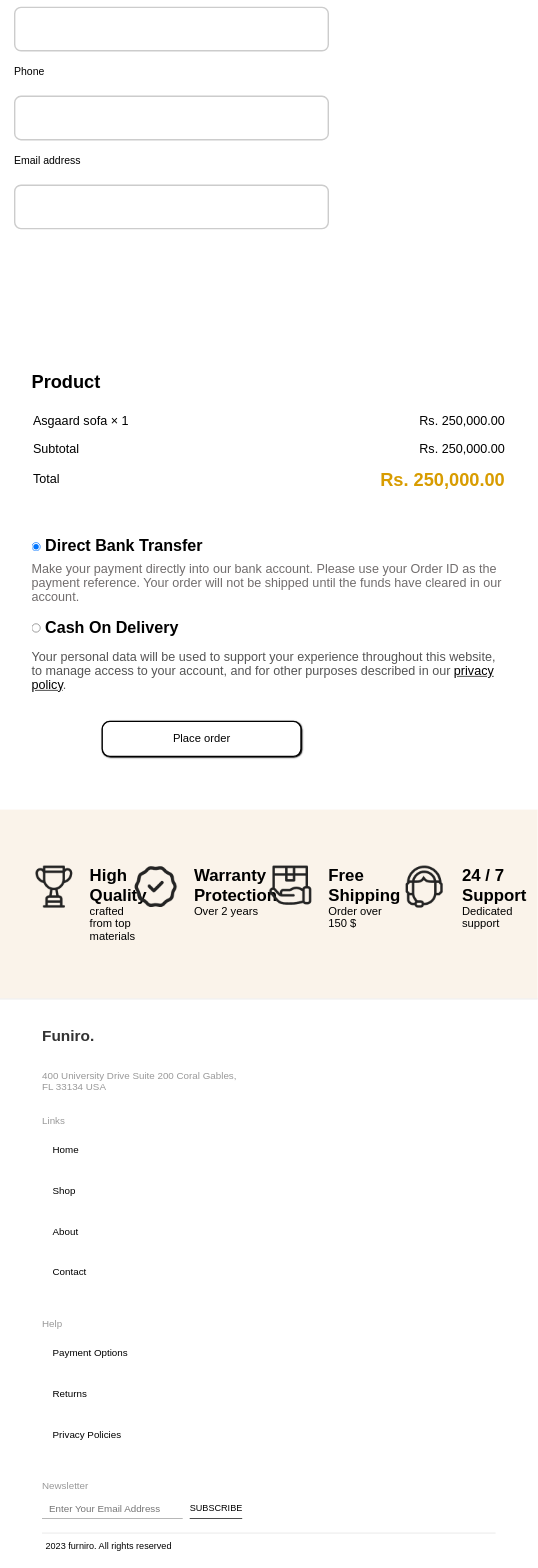
Repository: Ali1Kh/Furniro-ITI
Page: pages/checkout.html
The author's editor kept a copy of each file at every save. The page is drawn from the files as they stood at one save, then again after the next save.
The browser window is 768 px wide. The pictures show the part of the page from y = 1012 to 3252 px (the page is 3252 px tall before and 3040 px after), at 70% of full size.

Above is the page before, as saved 2025-07-19 20:43:46.

### pages/checkout.html
<!DOCTYPE html>
<html lang="en">

<head>
  <meta charset="UTF-8">
  <meta name="viewport" content="width=device-width, initial-scale=1.0">
  <title>CheckOut</title>
  <link rel="shortcut icon" href="../assets/icons/Logo.png" type="image/x-icon">
  <link rel="stylesheet" href="../styles/index.css">
  <link rel="stylesheet" href="../styles/checkout.css">
</head>

<body>

  <nav>
    <!-- Navigation -->
    <div class="navBar">
      <div class="text">
        <p>Furniro</p>
      </div>

      <div class="menu-icon" onclick="toggleSidebar()">☰</div>

      <div class="navBarLinks">
        <ul>
          <li><a href="/pages/home.html">Home</a></li>
          <li><a href="/pages/shop.html">Shop</a></li>
          <li><a href="/">About</a></li>
          <li><a href="/pages/contact.html">Contact</a></li>
        </ul>
      </div>

     <div class="navBarIcons">
        <a href="/pages/Compare.html"><i class="fa-solid fa-user"></i></a>
        <a href="/pages/shop.html"><i class="fa-solid fa-magnifying-glass"></i></a>
        <a href="/"><i class="fa-solid fa-heart"></i></a>
        <a href="/pages/checkout.html"><i class="fa-solid fa-cart-plus"></i></a>
      </div>
    </div>


    <!-- Sidebar for mobile -->
    <div class="sidebar" id="sidebar">
      <a href="" onclick="toggleSidebar()">✖</a>
      <a href="">Home</a>
      <a href="/pages/shop.html">Shop</a>
      <a href="/">About</a>
      <a href="/pages/contact.html">Contact</a>
    </div>
  </nav>

  <main class="checkout">
    <div id="home">
      <div class="img-conteaner">
        <img src="../assets/img/Rectangle 1.png" alt="">

        <div class="text-conteaner">
          <img src="../assets/icons/Logo.png" alt="" style="width: 100px;height: 77px;margin-top: -80px; left: 1px; ">
          <h2 style="font-size: 48px; font-family: Poppins; top: 20px;">Checkout</h2>
          <h3 style="top: 30px;left: -11px; "><span style="width: 48;height: 24;top: 295px;left: 660px; ">Home ></span>
            Checkout</h3>
        </div>
      </div>
    </div>

    <div id="content">
      <div class="form">
        <h1 style="font-family: Poppins;font-weight: 600;font-style: SemiBold;font-size: 36px;">Billing details</h1>
        <br><br>
        <form>
          <div class="input" style="width: 200px;">
            <label>First name</label><br>
            <input type="text" name="firatname" id="firatname">
          </div>

          <div class="input" style="width: 200px; position: relative;bottom: 127px;left: 266px;">
            <label>Last name</label><br>
            <input type="text" name="lastname" id="lastname">
          </div>

          <div class="input" style="position: relative; bottom: 90px; width: 450px;">
            <label>Company Name (Optional)</label><br>
            <input type="text" name="Companyname(Optional)" id="Companyname(Optional)">
          </div>

          <div class="input" style="position: relative; bottom: 90px; width: 450px;">
            <label>Country / Region</label><br>
            <select>
              <option></option>
              <option>UK</option>
              <option>Argantina</option>
              <option>Brasil</option>
              <option>Egypt</option>
              <option>USA</option>
            </select>
          </div>

          <div class="input" style="position: relative; bottom: 90px; width: 450px;">
            <label>Street address</label><br>
            <input type="text" name="Streetaddress" id="Streetaddress">
          </div>

          <div class="input" style="position: relative; bottom: 90px; width: 450px;">
            <label>Phone</label><br>
            <input type="number" name="Phone" id="Phone">
          </div>

          <div class="input" style="position: relative; bottom: 90px; width: 450px;">
            <label>Email address</label><br>
            <input type="email" name="Emailaddress" id="Emailaddress">
          </div><br><br>

        </form>
      </div>
      <div class="table">
        <div class="order-summary">
          <h2>Product</h2>
          <table>
            <tr>
              <td>Asgaard sofa × 1</td>
              <td style="text-align: right;">Rs. 250,000.00</td>
            </tr>
            <tr>
              <td>Subtotal</td>
              <td style="text-align: right;">Rs. 250,000.00</td>
            </tr>
            <tr>
              <td>Total</td>
              <td style="text-align: right;" class="total">Rs. 250,000.00</td>
            </tr>
          </table><br><br>

          <div class="payment-methods">
            <label><input type="radio" name="payment" checked> Direct Bank Transfer</label>
            <p>
              Make your payment directly into our bank account. Please use your Order ID as the payment reference. Your
              order will not be shipped until the funds have cleared in our account.
            </p>

            <label><input type="radio" name="payment"> Cash On Delivery</label>
          </div>

          <div class="privacy">
            Your personal data will be used to support your experience throughout this website, to manage access to your
            account, and for other purposes described in our <a href="#">privacy policy</a>.
          </div>

          <button class="btn">Place order</button>
        </div>
      </div>
    </div>

    <div id="quality">
      <div class="1"
        style="display: flex; gap: 1.5rem; padding-top: 80px; padding-bottom: 80px;width: 25%;padding-left: 50px;">
        <div class="l"><img src="../assets/icons/Group copy.png" alt=""></div>
        <div class="r">
          <h2>High Quality</h2>
          <p>crafted from top materials</p>
        </div>

      </div>
      <div class="2" style="display: flex; gap: 1.5rem; padding-top: 80px; padding-bottom: 80px;width: 25%;">
        <div class="l"><img src="../assets/icons/Group (2).png" alt=""></div>
        <div class="r">
          <h2>Warranty Protection</h2>
          <p>Over 2 years</p>
        </div>

      </div>
      <div class="3" style="display: flex; gap: 1.5rem; padding-top: 80px; padding-bottom: 80px;width: 25%;">
        <div class="l"><img src="../assets/icons/Vector (2).png" alt=""></div>
        <div class="r">
          <h2>Free Shipping</h2>
          <p>Order over 150 $</p>
        </div>

      </div>
      <div class="4" style="display: flex; gap: 1.5rem; padding-top: 80px; padding-bottom: 80px;width: 25%;">
        <div class="l"><img src="../assets/icons/customer-support.png" alt=""></div>
        <div class="r">
          <h2>24 / 7 Support</h2>
          <p>Dedicated support</p>
        </div>

      </div>

    </div>
  </main>

  <footer class="footer">
    <div class="footer-container">
      <div class="footer-sec">
        <h2 class="logo">Funiro.</h2>
        <p style="padding-top: 20px;">400 University Drive Suite 200 Coral Gables,<br>FL 33134 USA</p>
      </div>

      <div class="footer-sec">
        <h4>Links</h4>
        <ul>
          <li><a href="#">Home</a></li>
          <li><a href="#">Shop</a></li>
          <li><a href="#">About</a></li>
          <li><a href="#">Contact</a></li>
        </ul>
      </div>

      <div class="footer-sec">
        <h4>Help</h4>
        <ul>
          <li><a href="#">Payment Options</a></li>
          <li><a href="#">Returns</a></li>
          <li><a href="#">Privacy Policies</a></li>
        </ul>
      </div>

      <div class="footer-sec new">
        <h4>Newsletter</h4>
        <div class="subscribe">
          <input type="email" placeholder="Enter Your Email Address">
          <button>SUBSCRIBE</button>
        </div>
      </div>
    </div>

    <div class="footer-bottom">
      <p>2023 furniro. All rights reserved</p>
    </div>
  </footer>

  <script src="../scripts/index.js"></script>

</body>

</html>

### styles/index.css
:root {
  --mainColor: #feeed8;
}

* {
  margin: 0;
  padding: 0;
  box-sizing: border-box;
}

body {
  font-family: "Poppins", sans-serif;
}

.navBar img {
  display: inline;
}

.navBar {
  width: 100%;
  height: 80px;
  display: flex;
  justify-content: space-between;
  align-items: center;
  padding: 0 50px;
  background-color: #fff;
  z-index: 1000;
  position: sticky;
  top: 0;
}

.navBarLinks ul {
  list-style: none;
  display: flex;
  gap: 60px;
}

.navBarLinks a {
  text-decoration: none;
  font-size: 18px;
  color: black;
}

.navBarIcons {
  display: flex;
  gap: 30px;
}

.text p {
  font-weight: bold;
  font-size: 22px;
  color: #b88e2f;
}

/* Sidebar for mobile */
.sidebar {
  height: 100%;
  width: 0;
  position: fixed;
  background-color: #8d8d8d;
  overflow-x: hidden;
  transition: 0.3s;
  padding-top: 60px;
  z-index: 999;
}
.sidebar a {
  padding: 12px 20px;
  text-decoration: none;
  font-size: 20px;
  color: white;
  display: block;
}
.sidebar a:hover {
  background-color: #444;
}

.menu-icon {
  font-size: 28px;
  cursor: pointer;
  display: none;
  padding: 15px;
}

/* Quality */

#quality {
  display: flex;
  background-color: rgba(250, 243, 234, 1);
  width: 100%;
}

/* Page Header */

#pageHeader .imge {
  position: relative;
  width: 100%;
  height: auto;
}

#pageHeader .imge img {
  width: 100%;
  height: auto;
  display: block;
}

#pageHeader .adresIn {
  position: absolute;
  top: 50%;
  left: 50%;
  transform: translate(-50%, -50%);
  color: black;
  text-align: center;
}

#pageHeader .mainP1 {
  font-size: 48px;
}
#pageHeader .scoundP1 {
  font-size: 16px;
}

.footerBox {
  height: 400px;
  width: 100%;
}
.with-line::before,
.with-line::after {
  content: "";
  display: block;
  height: 1px;
  background-color: #c6c6c6;
  margin: 20px auto;
  width: 100%;
}

.with-line::after {
  width: 82%;
}

.infoterbox {
  margin-left: 100px;
  margin-right: 100px;
  display: grid;
  grid-template-columns: 1fr 1fr 1fr 1.5fr;
  gap: 20px;
  padding: 30px;
  color: white;

  height: 100%;
}

.mainFooterBar {
  font-weight: bold;
  font-size: 24px;
  color: #000;
}
.scoundFooterBar {
  font-size: 16px;
  font-weight: 300;
  color: #9f9f9f;
  position: relative;
  top: 40px;
}

.prgraphF {
  position: relative;
  top: 54px;
}

.infoterboxLM a,
.infoterboxRM a {
  display: block;
  margin-top: 55px;
  text-decoration: none;
  color: #000;
  width: 70%;
}

.infoterboxLM p,
.infoterboxRM p,
.prgraphFF p {
  font-size: 16px;
  font-weight: 300;
  color: #9f9f9f;
}

.SUBSCRIBE {
  position: relative;
  top: 53px;
}

.SUBSCRIBE button {
  font-size: 14px;
  font-weight: bold;
  width: 85px;
  height: 21px;
  border: none;
  border-bottom: 1px solid black;
  margin-left: 15px;
  background-color: white;

  cursor: pointer;
}

.SUBSCRIBE input {
  font-size: 14px;
  width: 200px;
  height: 21px;
  color: #9f9f9f;
  border: none;
  border-bottom: 1px solid black;
}

.SUBSCRIBE input:focus {
  outline: none;
}

@media (max-width: 768px) {
  .navBarLinks {
    display: none;
  }
  .menu-icon {
    display: block;
  }
  .navBarIcons {
    display: none;
  }
}

@media (max-width: 767px) {
  .navBarIcons {
    display: none;
  }
}

### styles/checkout.css
* {
  margin: 0;
  padding: 0;
}
.checkout ul {
  list-style: none;
}

.checkout a {
  text-decoration: none;
}

/* start header */

#header {
  background-color: rgb(250, 245, 240);
  border: 1px solid #ccc;
  width: 100%;
  height: 90px;
}
#header .navbar {
  display: flex;
  justify-content: space-between;
  align-items: center;
}
#header .navbar .logo {
  display: flex;
  width: 185;
  height: 41;
  opacity: 1;
  top: 29px;
  left: 54px;
  gap: 5px;
}
#header .navbar img {
  width: 185;
  height: 41px;
  top: 29px;
  left: 54px;
  gap: 5px;
}

/* #header .navbar .imgs{
    width: 300px;
    display: flex;
    position: relative;
    bottom: 10px;
} */

#header .navbar ul {
  display: flex;
}
#header .navbar ul li a {
  position: relative;
  color: black;
  font-size: 25px;
  margin: 0 20px;
  font-weight: bold;
  transition: 0.3s ease;
  bottom: 15px;
}
#header .navbar ul li a:hover {
  color: bisque;
}

/* finish header */

.img-conteaner {
  position: relative;
  width: 100%;
}

.img-conteaner img {
  width: 100%;
  height: 316px;
  top: 100px;
}

.text-conteaner {
  position: absolute;
  top: 50%;
  left: 50%;
  transform: translate(-50%, -50%);
}
.text-conteaner h3 {
  position: relative;
  bottom: 90px;
  left: 40px;
}
.text-conteaner h2 {
  position: relative;
  bottom: 90px;
  left: -50px;
}

/* #content {
  display: flex;
  justify-content: space-between;
  gap: 8rem;
  max-width: 1240px;
  margin: auto;
  padding-top: 100px;
}

.form {
  width: 50%;
} */







#content {
  display: flex;
  justify-content: space-between;
  flex-wrap: wrap; /* مهم جدا */
  gap: 2rem;
  max-width: 1200px;
  margin: auto;
  padding: 50px 20px;
}

.form, .table {
  flex: 1 1 100%; /* هتكون عمودين فوق بعض مبدئياً */
}















.form h1 {
  font-size: 36px;
  font-weight: 600;
  margin-bottom: 30px;
}

form label {
  font-weight: 500;
  margin-bottom: 8px;
  display: block;
  font-size: 15px;
}

form input,
form select {
  width: 100%;
  padding: 22px;
  border: 2px solid #ccc;
  border-radius: 10px;
  font-size: 14px;
}

.input {
  margin-bottom: 20px;
}

.table {
  width: 48%;
}

.order-summary {
  padding: 25px;
}

.order-summary h2 {
  font-size: 26px;
  margin-bottom: 20px;
}

.order-summary table {
  width: 100%;
  margin-bottom: 20px;
}

.order-summary table td {
  padding: 8px 0;
  font-size: 18px;
}

.order-summary .total {
  font-weight: bold;
  color: #d89c00;
  font-size: 26px;
}

.payment-methods label {
  display: block;
  margin-bottom: 10px;
  font-weight: bold;
  font-size: 23px;
}

.payment-methods p {
  font-size: 18px;
  color: #716d6d;
  margin: 10px 0 20px;
  line-height: 1.1;
}

.privacy {
  font-size: 18px;
  color: #555;
  margin: 20px 0;
  line-height: 1.1;
}

.privacy a {
  text-decoration: underline;
  color: black;
}

/* .btn {
  padding: 15px 100px;
  background: #fff;
  border: 2px solid black;
  border-radius: 12px;
  font-size: 16px;
  transition: 0.3s ease;
  margin-left: 100px;
  margin-top: 10px;
  box-shadow: 1px 1px 1px black;
} */




.btn {
  width: 100%;
  padding: 15px;
  background: #fff;
  border: 2px solid black;
  border-radius: 12px;
  font-size: 16px;
  margin-top: 20px;
  box-shadow: 1px 1px 2px black;
}

.btn:hover {
  background-color: #babd8e;
}

.footer {
  background-color: #fff;
  padding: 40px 60px 20px;
  border-top: 1px solid #e0e0e0;
  color: #333;
}

/* .footer-container {
  display: flex;
} */



.footer-container {
  display: flex;
  flex-wrap: wrap;
  justify-content: space-between;
  gap: 2rem;
}


.footer-sec {
  flex: 1 1 100%;
}

.footer-sec h2.logo {
  font-size: 22px;
  font-weight: 700;
  margin-bottom: 15px;
}

.footer-sec h4 {
  font-size: 14px;
  font-weight: 500;
  color: #999;
  margin-bottom: 10px;
}

.footer-sec ul {
  list-style: none;
  padding: 0;
  margin: 0;
}

.footer-sec ul li {
  margin-bottom: 10px;
  padding: 15px;
}

.footer-sec ul li a {
  text-decoration: none;
  color: #000;
  font-size: 14px;
}

.footer-sec p {
  color: #999;
  font-size: 14px;
}

.new .subscribe {
  display: flex;
  gap: 10px;
  margin-top: 10px;
}

.new input {
  padding: 6px 10px;
  font-size: 14px;
  border: none;
  border-bottom: 1px solid #999;
  outline: none;
}

.new button {
  background: none;
  border: none;
  border-bottom: 1px solid #000;
  color: #000;
  font-size: 13px;
  font-weight: 500;
}

.footer-bottom {
  border-top: 1px solid #e0e0e0;
  padding: 5px;
  margin-top: 20px;
  padding-top: 10px;
  text-align: left;
  font-size: 13px;
  color: #000;
}


.navBar {
  display: flex;
  justify-content: space-between;
  align-items: center;
  padding: 20px 40px;
  flex-wrap: wrap;
}

.navBar .menu-icon {
  display: none;
  font-size: 28px;
  cursor: pointer;
}

.navBarLinks ul,
.navBarIcons {
  display: flex;
  gap: 15px;
}

.sidebar {
  display: none;
  position: fixed;
  top: 0;
  right: 0;
  background-color: white;
  width: 250px;
  height: 100%;
  padding: 20px;
  z-index: 999;
  flex-direction: column;
  box-shadow: -2px 0 10px rgba(0,0,0,0.1);
}

.sidebar a {
  display: block;
  padding: 15px;
  font-size: 18px;
  color: #333;
  text-decoration: none;
}

@media (max-width: 768px) {
  .navBarLinks,
  .navBarIcons {
    display: none;
  }

  .menu-icon {
    display: block;
  }

  .sidebar {
    display: flex;
  }

   .form, .table {
    flex: 1 1 48%;
  }

    .btn {
    width: auto;
    padding: 15px 100px;
    margin-left: 100px;
  }
}

### scripts/index.js
function toggleSidebar() {
  const sidebar = document.getElementById("sidebar");
  if (sidebar.style.width === "250px") {
    sidebar.style.width = "0";
  } else {
    sidebar.style.width = "250px";
  }
}

function toggleSidebar() {
  const sidebar = document.getElementById("sidebar");
  if (sidebar.style.display === "flex") {
    sidebar.style.display = "none";
  } else {
    sidebar.style.display = "flex";
  }
}

After the next save:
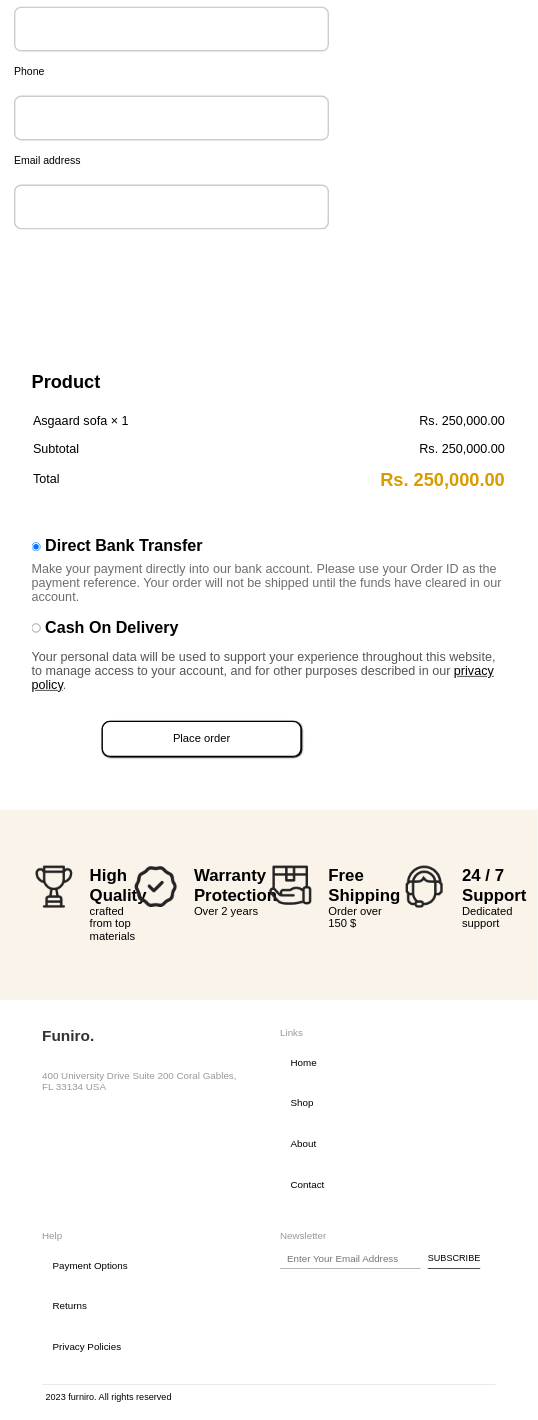
Saved 16 s later.
--- a/styles/checkout.css
+++ b/styles/checkout.css
@@ -410,4 +410,7 @@ form select {
     padding: 15px 100px;
     margin-left: 100px;
   }
-}
+  .footer-sec {
+    flex: 1 1 45%;
+  }
+}
